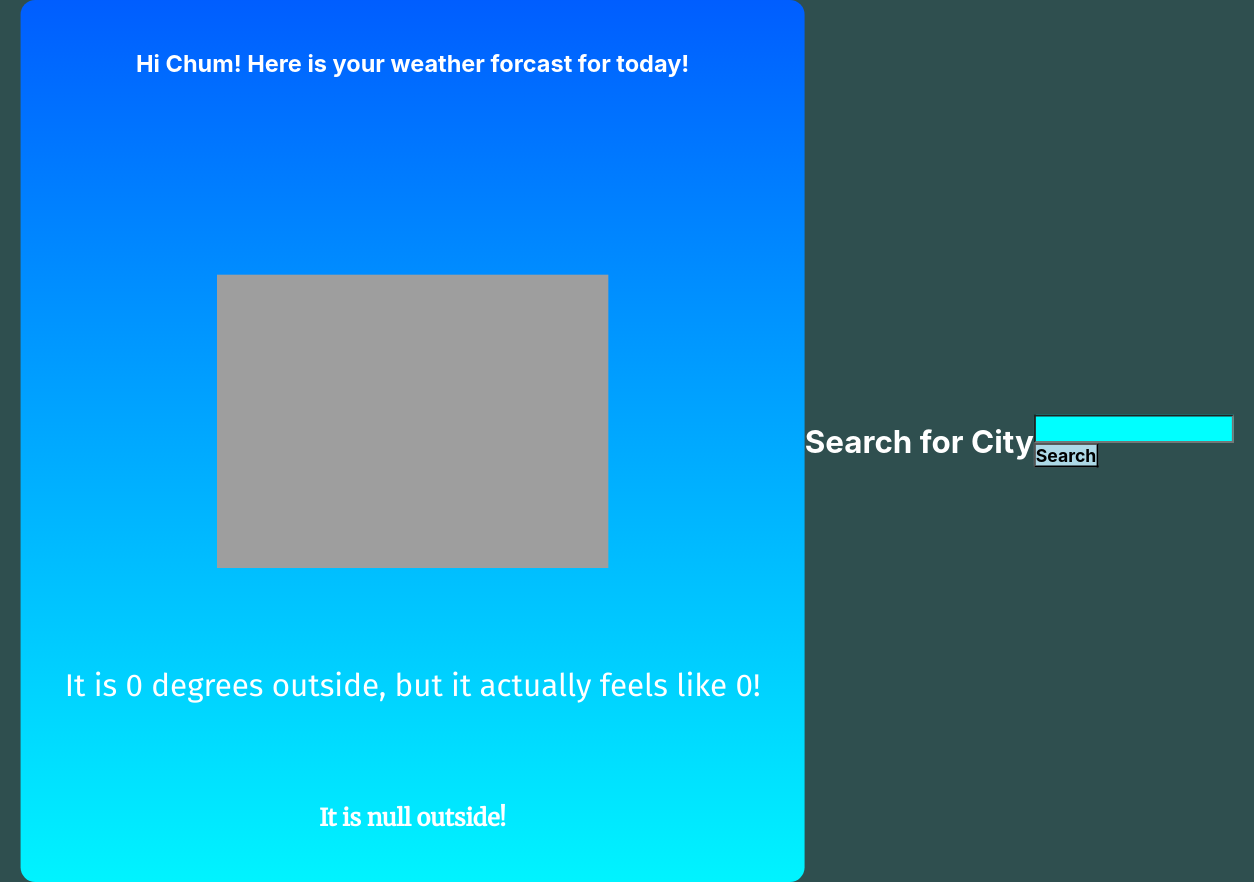
Repository: sayrilamar/chumsweatherapp
Page: /
The author's editor kept a copy of each file at every save. The page is drawn from the files as they stood at one save, then again after the next save.
The browser window is 1280 px wide. The pictures show the whole page, at 98% of full size.
Pictures or frames that could not be fetched are drawn as grey boxes. The page's requests for data from a server got no answer. The project was rebuilt for these pictures with package versions that can differ from the ones it lists, and the page was loaded fresh each time. No one was signed in, and anything a server would have sent is missing.

Above is the page before, as saved 2020-04-19 13:50:47.

After the next save:
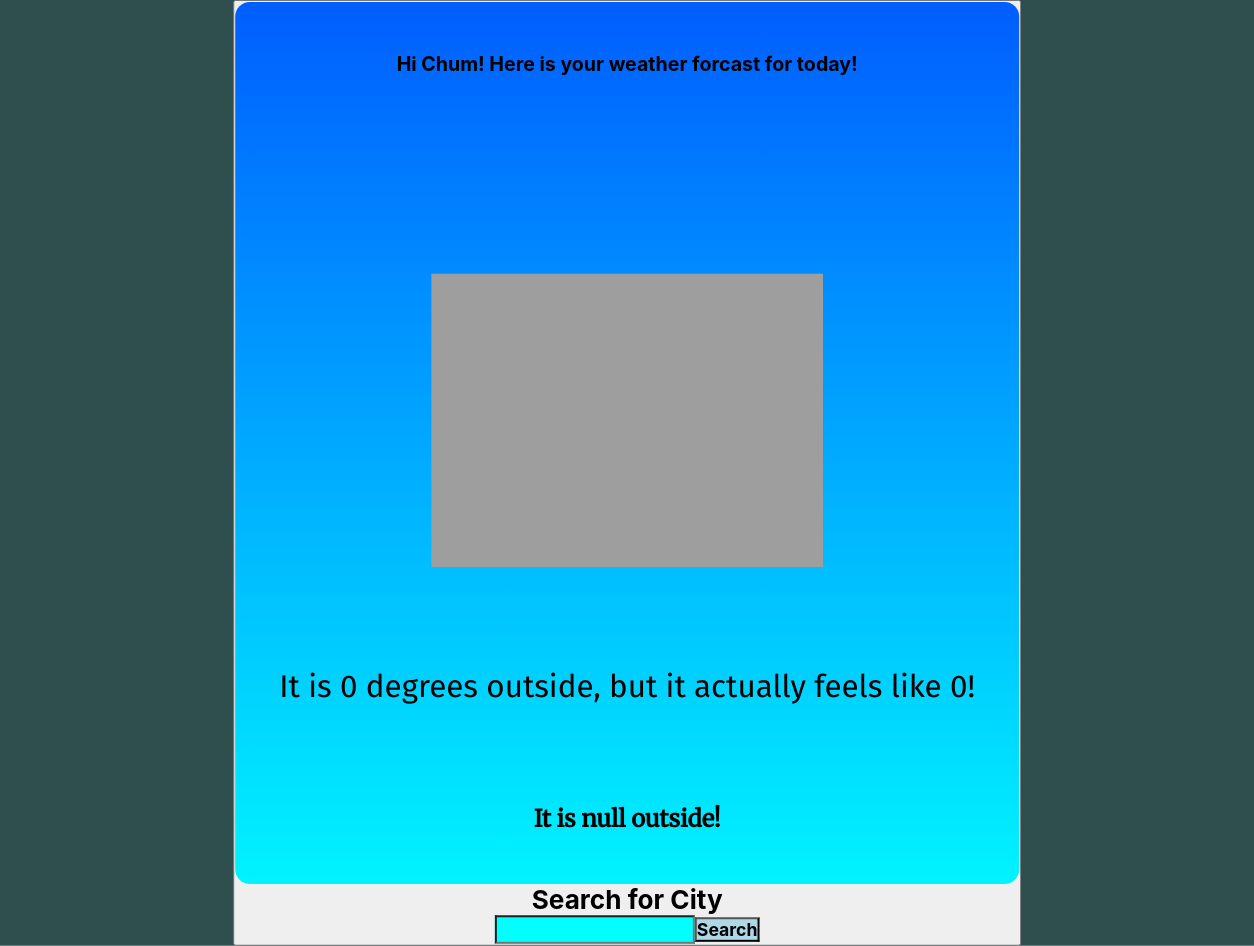
Saved 4 min 26 s later.
--- a/src/App.js
+++ b/src/App.js
@@ -1,13 +1,11 @@
-import React, {useState, useEffect} from "react";
+import React, { useState, useEffect } from "react";
 import "./App.css";
 import WeatherCard from "./components/WeatherCard/component.js";
 
 function App() {
   const location = "Atlanta";
-  const [query,
-    setQuery] = useState("");
-  const [weather,
-    setWeather] = useState({
+  const [query, setQuery] = useState("");
+  const [weather, setWeather] = useState({
     temp: null,
     city: null,
     condition: null,
@@ -18,7 +16,9 @@ function App() {
   });
 
   const data = async q => {
-    const apiRes = await fetch(`http://api.openweathermap.org/data/2.5/weather?q=${q}&units=imperial&APPID=ab0ef440364092f54ff821ca2b803163`);
+    const apiRes = await fetch(
+      `http://api.openweathermap.org/data/2.5/weather?q=${q}&units=imperial&APPID=ab0ef440364092f54ff821ca2b803163`
+    );
     const resJSON = await apiRes.json();
     return resJSON;
   };
@@ -57,7 +57,7 @@ function App() {
 
   return (
     <div className="App">
-      <div>
+      <button>
         <WeatherCard
           temp={Math.round(weather.temp)}
           condition={weather.condition}
@@ -65,22 +65,20 @@ function App() {
           state={weather.country}
           description={weather.description}
           icon={weather.icon}
-          feels_like={Math.round(weather.feels_like)}/>
-      </div>
-      <h1>Search for City</h1>
-      <form>
-        <div>
+          feels_like={Math.round(weather.feels_like)}
+        />
+        <h1>Search for City</h1>
+        <form>
           <input
             className="input"
             value={query}
-            onChange={e => setQuery(e.target.value)}/>
-        </div>
-        <div>
+            onChange={e => setQuery(e.target.value)}
+          />
           <button className="button" onClick={e => handleSearch(e)}>
             Search
           </button>
-        </div>
-      </form>
+        </form>
+      </button>
     </div>
   );
 }
